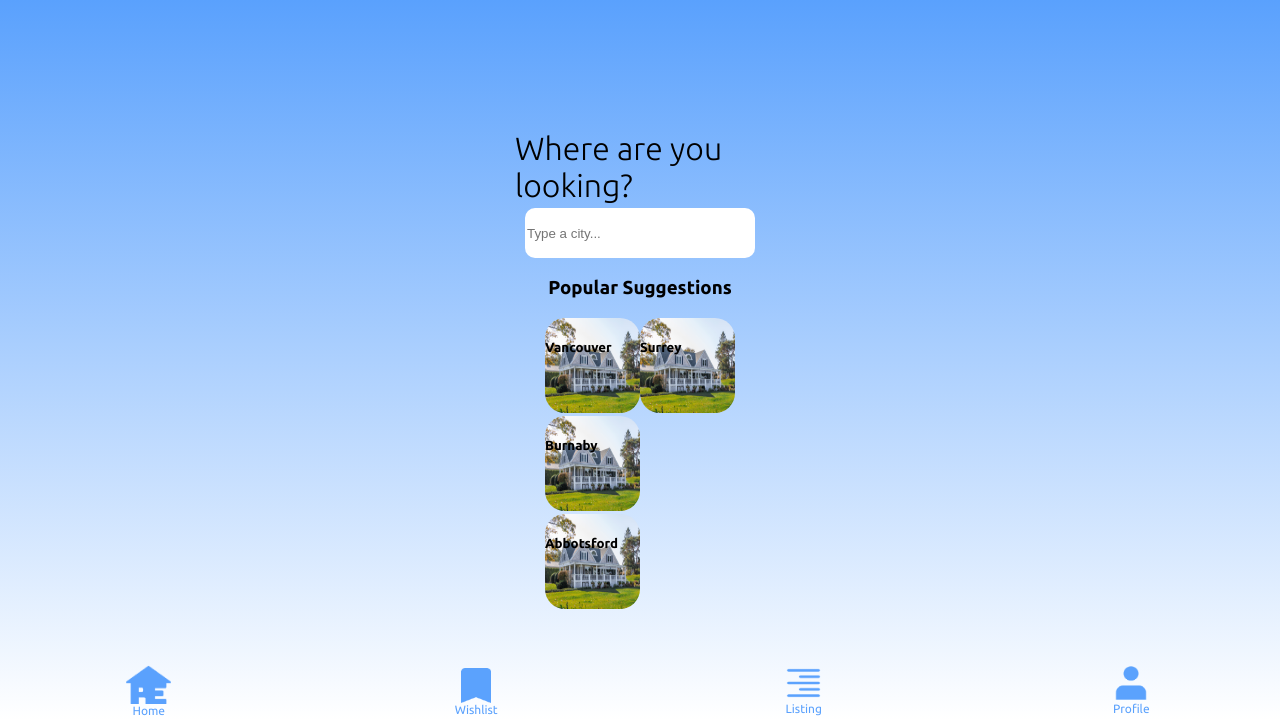
Repository: msyukurrr/realeasy
Page: /listing
These files come from the project's save history. The page is drawn as it stood at one moment and after the next save; the edit follows.
The browser window is 1280 px wide. The pictures show the whole page.
The project was rebuilt for these pictures with package versions that can differ from the ones it lists, and the page was loaded fresh each time. The framework's server and built-in components were replaced by stand-ins that run in the browser. Also part of the build but not shown: next.config.js, components/Button.js.

Above is the page before, as saved 2023-01-27 20:36:15.

### pages/listing.js
import Heading from "../components/Heading";
import NavBar from "../components/NavBar";
import styles from "../styles/Home.module.css"
import MainButton from "../components/Button.js";
import styled from "styled-components";



export default function Listing({

}){
    return(
        <><div className={styles.listing}>

        <Heading headingtxt="Where are you looking?"/>

        <input placeholder="Type a city..." style={{width:230, height:50, borderRadius:10, backgroundColor:"white", border:'transparent'}}></input>

        <h3>Popular Suggestions</h3>

    <div>

        <div style={{display:'flex', flexDirection:'row'}}>
            <div>
                <h5 style={{display:'flex', position:'absolute'}}>Vancouver</h5>
                <img src="house.png" style={{width:95, height:95, borderRadius:20}}/>

            </div>

            <div>
                <h5 style={{display:'flex', position:'absolute'}}>Surrey</h5>
                <img src="house.png" style={{width:95, height:95, borderRadius:20}}/>

            </div>
        </div>

        <div>
            <h5 style={{display:'flex', position:'absolute'}}>Burnaby</h5>
            <img src="house.png" style={{width:95, height:95, borderRadius:20}}/>

        </div>

        <div>
            <h5 style={{display:'flex', position:'absolute'}}>Abbotsford</h5>
            <img src="house.png" style={{width:95, height:95, borderRadius:20}}/>

        </div>

    </div>






        </div>
        <NavBar></NavBar>

        </>
    )
}

### styles/globals.css
@import url('https://fonts.googleapis.com/css2?family=Ubuntu:ital,wght@0,300;0,400;0,500;0,700;1,300;1,400;1,500;1,700&display=swap');

html,
body {
  padding: 0;
  margin: 0;
  font-family: "Ubuntu", sans-serif;
  background-color: #E6EEF8;
}

a {
  color: inherit;
  text-decoration: none;
}

* {
  box-sizing: border-box;
}

@media (prefers-color-scheme: dark) {
  html {
    color-scheme: dark;
  }
  body {
    color: white;
    background: E6EEF8;
  }
}

### components/Heading.js
import styled from "styled-components";

const Container = styled.div`
display: flex;
margin-left: 50px;
width: 300px;
height: 100px;

`

const Word = styled.h1`

color: ${props=>props.color};
font-weight: ${props=>props.fontweight};
`

export default function Heading({
    h1="Recommended by people around you",
    fw="300",
    color="#5AA1FD",
    headingtxt="Recommended by people around you"
}){
    return<>
    <Container>
    <Word fontweight={fw}
    >{headingtxt}</Word>
    </Container>
    </>
}

### components/NavBar.js
import styled from "styled-components";
import Link from "next/link";

const NavBarCont = styled.div`
position: fixed;
bottom: 0;
width: 100%;
`
const NavCont = styled.nav`
display: flex;
justify-content: space-around;
width: 100%;
background-color: transparent;
height: 60px;
`
const HomeCont = styled.div`
width: 50px;
height: 50px;
display:flex;
flex-direction: column;
justify-content: center;
align-items: center;
margin-top: ${props=>props.margintop};
`
const WishlistCont = styled.div`
width: 50px;
height: 50px;
display:flex;
flex-direction: column;
justify-content: center;
align-items: center;
margin-left: 30px;
margin-top: ${props=>props.margintop};
margin-bottom: ${props=>props.marginbottom};
`
const ListingCont = styled.div`
width: 50px;

display:flex;
flex-direction: column;
justify-content: center;
align-items: center;
margin-left: 30px;
margin-top: ${props=>props.margintop};
`
const ProfileCont = styled.div`
display:flex;
margin-left: 30px;
margin-top: ${props=>props.margintop};
`

const Icon = styled.img`
display: flex;
justify-content: center;
height: ${props=>props.height};
width: ${props=>props.width};
display: flex;
`

const NavList = styled.span`
display: flex;
align-self: center;
color: #5AA1FD;
font-size: 12px;
`


export default function NavBar({
    mt="5px",
    mb=""
}){
    return <NavBarCont>
    <NavCont>
        <Link href="/">
            <HomeCont margintop="6px">
                <Icon src='./logo.png' height="45px" width="45px"/>
                <NavList>Home</NavList>
            </HomeCont>
        </Link>
        <Link href="/wishlist">
            <WishlistCont margintop="7px">
                <Icon src='./wishlist.png' height="35px" width="30px"></Icon>
                <NavList>Wishlist</NavList>
            </WishlistCont>
        </Link>
        <Link href="/listing">
            <ListingCont margintop="4px">
                <Icon src='./listing.png' height="38px" width="45px"></Icon>
                <NavList>Listing</NavList>
            </ListingCont>
        </Link>
        <Link href="/profile">
            <ListingCont margintop="4px">
                <Icon src='./user.png' height="38px" width="40px"></Icon>
                <NavList>Profile</NavList>
            </ListingCont>
        </Link>
    </NavCont>
    </NavBarCont>
}

### styles/Home.module.css
.container {
  padding: 0 2rem;
}

.main {
  min-height: 100vh;
  padding: 4rem 0;
  flex: 1;
  display: flex;
  flex-direction: column;
  justify-content: center;
  align-items: center;
}


.listing {
  min-height: 100vh;
  padding: 4rem 0;
  flex: 1;
  display: flex;
  flex-direction: column;
  justify-content: center;
  align-items: center;
  background-image: linear-gradient(#5AA1FD, white);
}

.footer {
  display: flex;
  flex: 1;
  padding: 2rem 0;
  border-top: 1px solid #eaeaea;
  justify-content: center;
  align-items: center;
}

.footer a {
  display: flex;
  justify-content: center;
  align-items: center;
  flex-grow: 1;
}

.title a {
  color: #0070f3;
  text-decoration: none;
}

.title a:hover,
.title a:focus,
.title a:active {
  text-decoration: underline;
}

.title {
  margin: 0;
  line-height: 1.15;
  font-size: 4rem;
}

.title,
.description {
  text-align: center;
}

.description {
  margin: 4rem 0;
  line-height: 1.5;
  font-size: 1.5rem;
}

.code {
  background: #fafafa;
  border-radius: 5px;
  padding: 0.75rem;
  font-size: 1.1rem;
  font-family: Menlo, Monaco, Lucida Console, Liberation Mono, DejaVu Sans Mono,
    Bitstream Vera Sans Mono, Courier New, monospace;
}

.grid {
  display: flex;
  align-items: center;
  justify-content: center;
  flex-wrap: wrap;
  max-width: 800px;
}

.card {
  margin: 1rem;
  padding: 1.5rem;
  text-align: left;
  color: inherit;
  text-decoration: none;
  border: 1px solid #eaeaea;
  border-radius: 10px;
  transition: color 0.15s ease, border-color 0.15s ease;
  max-width: 300px;
}

.card:hover,
.card:focus,
.card:active {
  color: #0070f3;
  border-color: #0070f3;
}

.card h2 {
  margin: 0 0 1rem 0;
  font-size: 1.5rem;
}

.card p {
  margin: 0;
  font-size: 1.25rem;
  line-height: 1.5;
}

.logo {
  height: 1em;
  margin-left: 0.5rem;
}

@media (max-width: 600px) {
  .grid {
    width: 100%;
    flex-direction: column;
  }
}

@media (prefers-color-scheme: dark) {
  .card,
  .footer {
    border-color: #222;
  }
  .code {
    background: #111;
  }
  .logo img {
    filter: invert(1);
  }
}

Loaded but not shown: pages/_app.js (common file)

After the next save:
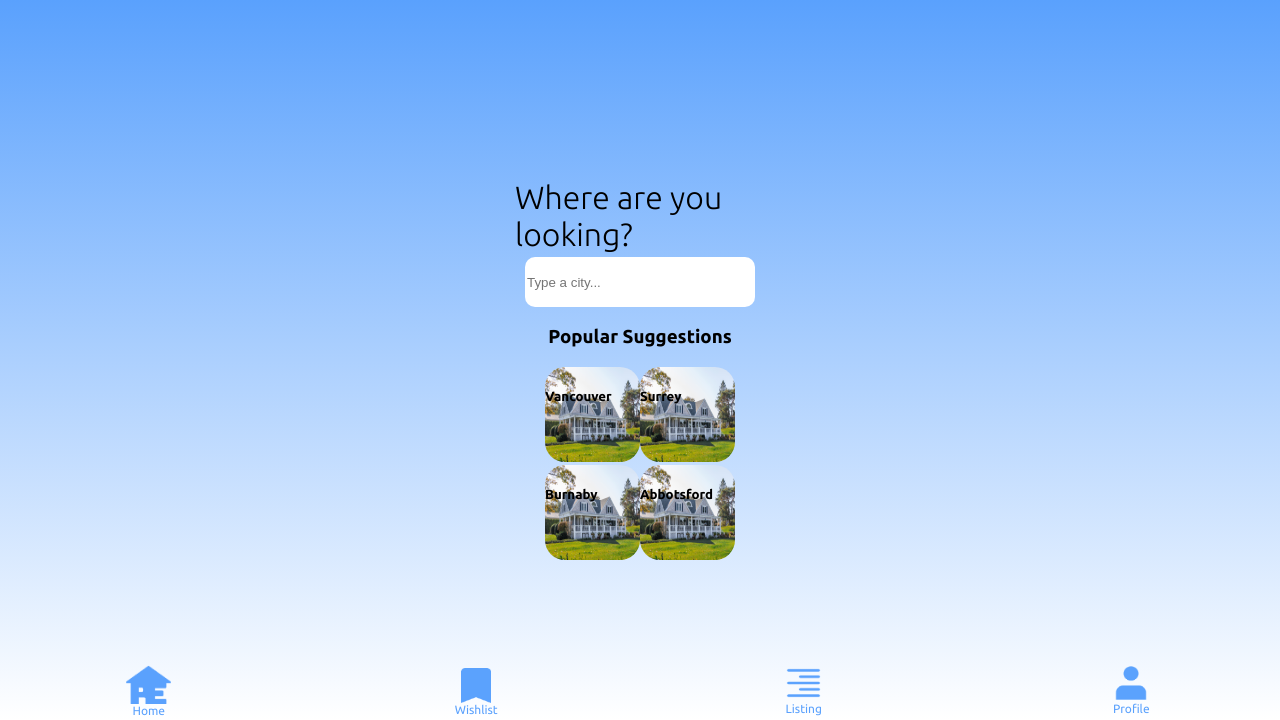
Saved 34 s later.
--- a/pages/listing.js
+++ b/pages/listing.js
@@ -34,16 +34,18 @@ export default function Listing({
             </div>
         </div>
 
-        <div>
-            <h5 style={{display:'flex', position:'absolute'}}>Burnaby</h5>
-            <img src="house.png" style={{width:95, height:95, borderRadius:20}}/>
+        <div style={{display:'flex', flexDirection:'row'}}>
+            <div>
+                <h5 style={{display:'flex', position:'absolute'}}>Burnaby</h5>
+                <img src="house.png" style={{width:95, height:95, borderRadius:20}}/>
 
-        </div>
+            </div>
 
-        <div>
-            <h5 style={{display:'flex', position:'absolute'}}>Abbotsford</h5>
-            <img src="house.png" style={{width:95, height:95, borderRadius:20}}/>
+            <div>
+                <h5 style={{display:'flex', position:'absolute'}}>Abbotsford</h5>
+                <img src="house.png" style={{width:95, height:95, borderRadius:20}}/>
 
+            </div>
         </div>
 
     </div>
